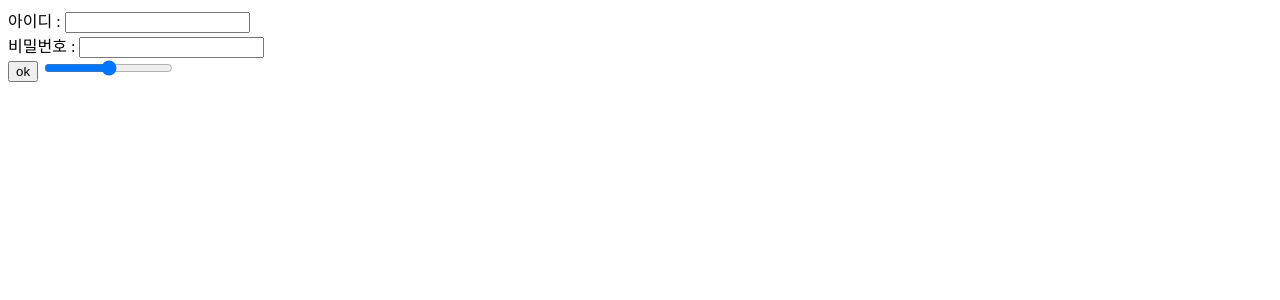
Repository: HyeogDo/Study_Java
Page: http://localhost/Validation/validation_03.jsp
These files come from the project's save history. The page is drawn as it stood at one moment and after the next save; the edit follows.
The browser window is 1280 px wide. The pictures show the whole page.
The page is served by Tomcat 9.

Above is the page before, as saved 2022-03-21 06:11:15.

### Servlets/Validation/src/main/webapp/validation_03.jsp
<%@ page language="java" contentType="text/html; charset=UTF-8"
    pageEncoding="UTF-8"%>
<!DOCTYPE html>
<html>
	<head>
		<meta charset="UTF-8">
		<title>Insert title here</title>
	</head>
	<script type="text/javascript">
		function checkLogin() {
			var form = document.loginForm
			if (form.id.value.length < 4 || form.id.value.length > 12) {
				alert("아이디는 4~12자리 이내로 입력 가능합니다.")
				form.id.select()
				return
			} else if (form.passwd.value.length < 4 || form.passwd.value.length > 12) {
				alert("비밀번호는 4~12자리 이내로 입력 가능합니다.")
				form.passwd.select()
				return
			}
			form.submit()
		}
	</script>
	<body>
		<form name="loginForm" action="validation_02p.jsp" method="post">
			아이디 : <input type="text" name="id"><br>
			비밀번호 : <input type="password" name="passwd"> <br>
			<input type="button" value="ok" onclick="checkLogin()">
			<input type="range" max="100" min="0" step="10">
		</form>
	</body>
</html>

After the next save:
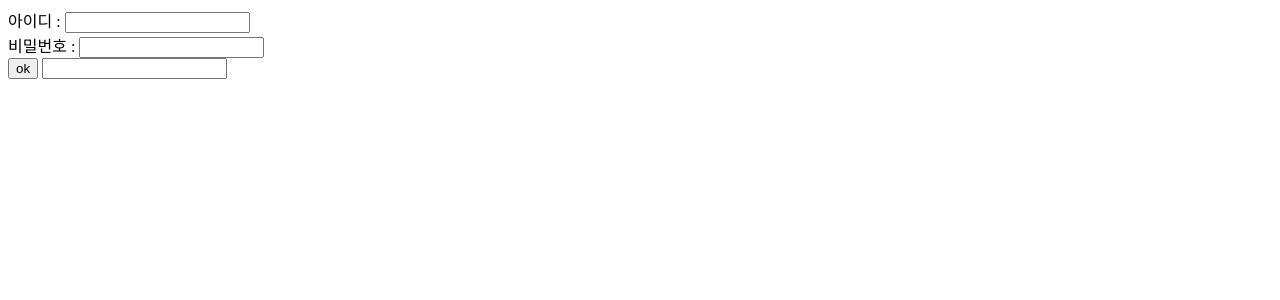
Saved 3 min 58 s later.
--- a/Servlets/Validation/src/main/webapp/validation_03.jsp
+++ b/Servlets/Validation/src/main/webapp/validation_03.jsp
@@ -20,13 +20,16 @@
 			}
 			form.submit()
 		}
+		function setChange(){
+
+		}
 	</script>
 	<body>
 		<form name="loginForm" action="validation_02p.jsp" method="post">
 			아이디 : <input type="text" name="id"><br>
 			비밀번호 : <input type="password" name="passwd"> <br>
 			<input type="button" value="ok" onclick="checkLogin()">
-			<input type="range" max="100" min="0" step="10">
+			<input name="range" max="100" min="0" step="10" onchange="">
 		</form>
 	</body>
 </html>

After the 2 saves that followed:
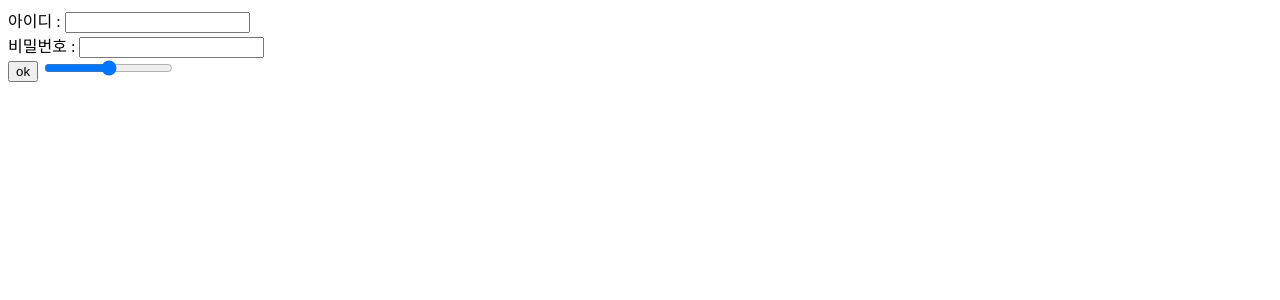
Console error: SyntaxError: Unexpected token 'this'
The 2 saves are shown as one change because 1 left the picture as it was.
The last was saved 80 s later.
--- a/Servlets/Validation/src/main/webapp/validation_03.jsp
+++ b/Servlets/Validation/src/main/webapp/validation_03.jsp
@@ -20,8 +20,8 @@
 			}
 			form.submit()
 		}
-		function setChange(){
-
+		function setChange(this){
+			document.loginForm.range.value = this.value
 		}
 	</script>
 	<body>
@@ -29,7 +29,7 @@
 			아이디 : <input type="text" name="id"><br>
 			비밀번호 : <input type="password" name="passwd"> <br>
 			<input type="button" value="ok" onclick="checkLogin()">
-			<input name="range" max="100" min="0" step="10" onchange="">
+			<input type="range" name="range" max="100" min="0" step="10" onchange="setChange(this)">
 		</form>
 	</body>
 </html>
